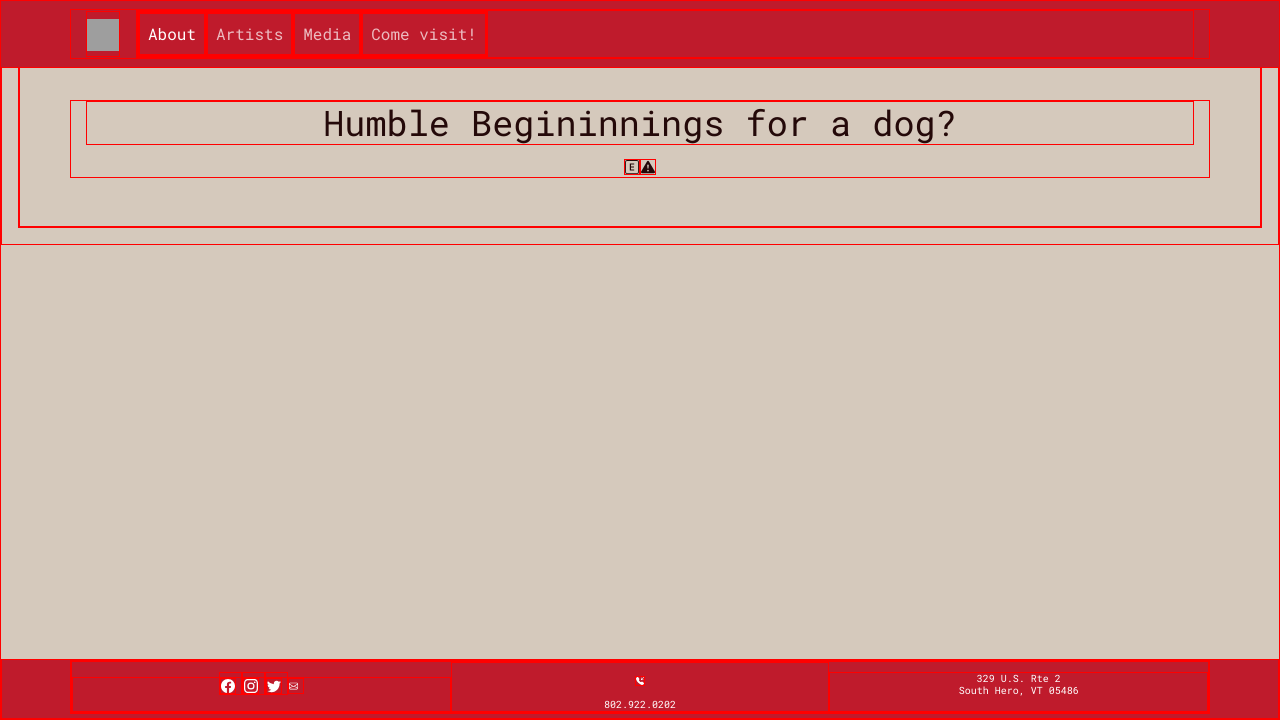
Repository: squirrellypenguin/viteshop
Page: /#/about
An editor plug-in stored every save of this project. The page is shown before and after the next save, followed by the edit.
The browser window is 1280 px wide. The pictures show the whole page.
Pictures or frames that could not be fetched are drawn as grey boxes. The project was rebuilt for these pictures with package versions that can differ from the ones it lists, and the page was loaded fresh each time. Also part of the build but not shown: vite.config.js, src/views/Home.vue. Imported but missing from the stored project, and not drawn on this page: src/views/Location.vue.

Above is the page before, as saved 2023-05-07 09:20:28.

After the next save:
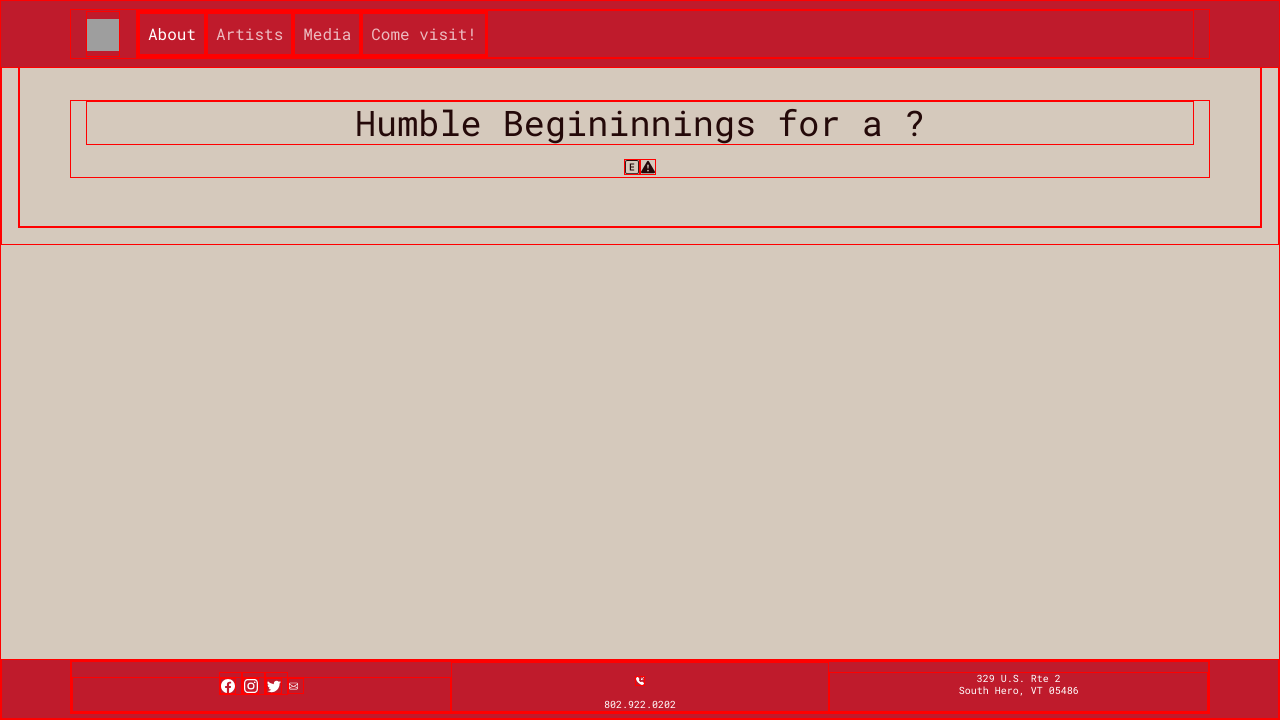
Saved 77 s later.
--- a/src/views/About.vue
+++ b/src/views/About.vue
@@ -1,6 +1,6 @@
 <template>
   <div class="container">
-    <h1>Humble Begininnings for a dog?</h1>
+    <h1>Humble Begininnings for a ?</h1>
 
     <svg
       xmlns="http://www.w3.org/2000/svg"
